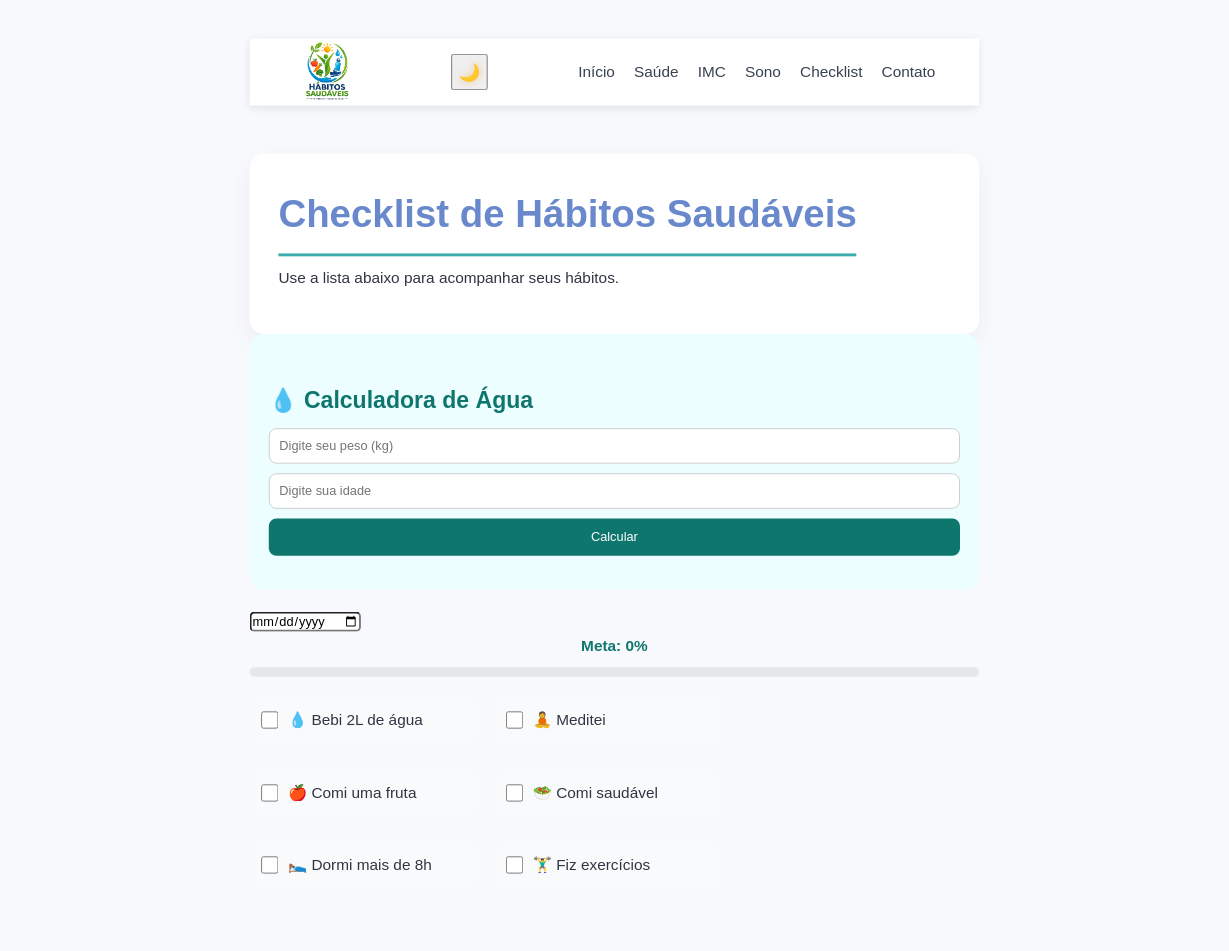
Repository: habitos2026/projetointegrador2026
Page: checklist.html
These files come from the project's save history. The page is drawn as it stood at one moment and after the next save; the edit follows.
The browser window is 1280 px wide. The pictures show the whole page, at 96% of full size.

Above is the page before, as saved 2026-06-10 21:01:46.

After the next save:
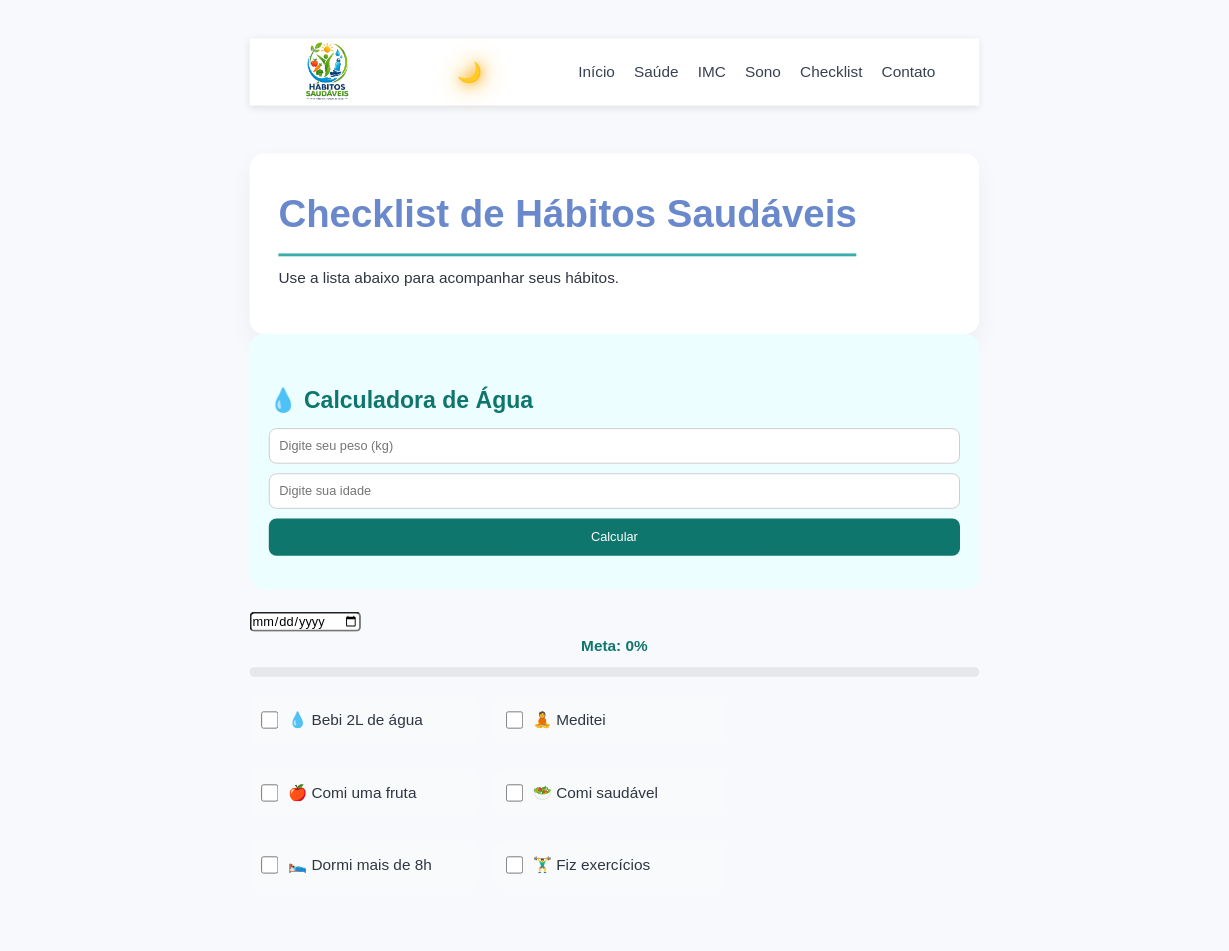
Saved 31 min 16 s later.
--- a/estilos.css
+++ b/estilos.css
@@ -331,20 +331,37 @@ p{
 }
 
 /* ===== BOTÃO TEMA ===== */
+/* ===== BOTÃO TEMA ===== */
 #btnTema {
+    background: transparent;
+    border: none;
+    border-radius: 50%;
     width: 38px;
     height: 38px;
-    font-size: 1.1rem;
+    font-size: 1.3rem;
     cursor: pointer;
     transition: all 0.3s;
-    text-shadow: 0 0 8px #f59e0b88;
+
+    /* Neon amarelo — sol */
+    filter: drop-shadow(0 0 6px #f59e0b) drop-shadow(0 0 12px #fbbf24);
 }
 
 #btnTema:hover {
-    transform: scale(1.15);
-    box-shadow: 0 0 14px #f59e0b;
-}
-
+    transform: scale(1.2);
+    filter: drop-shadow(0 0 10px #f59e0b) drop-shadow(0 0 20px #fbbf24);
+}
+
+/* Neon azul — lua */
+body.dark #btnTema {
+    border: none;
+    box-shadow: none;
+    filter: drop-shadow(0 0 6px #38bdf8) drop-shadow(0 0 12px #7dd3fc);
+}
+
+body.dark #btnTema:hover {
+    transform: scale(1.2);
+    filter: drop-shadow(0 0 10px #38bdf8) drop-shadow(0 0 20px #7dd3fc);
+}
 /* ===== DARK MODE ===== */
 body.dark {
     background: #0a0f1e;
